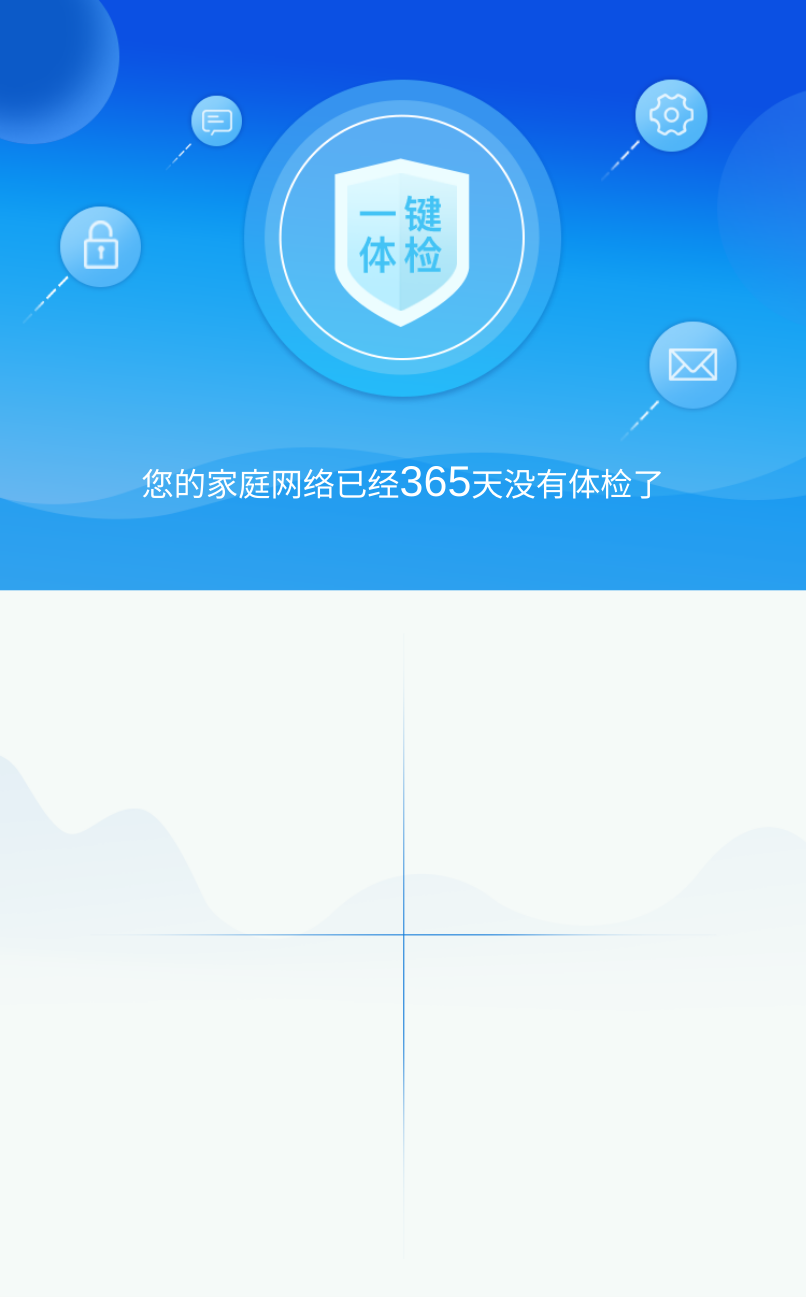
Repository: wangbiaozy/8.24
Page: index.html
The author's editor kept a copy of each file at every save. The page is drawn from the files as they stood at one save, then again after the next save.
The browser window is 1280 px wide. The pictures show the whole page, at 63% of full size.

Above is the page before, as saved 2018-08-21 10:14:53.

### index.html
<!DOCTYPE html>
<html lang="en">
<head>
    <meta charset="UTF-8">
    <meta name="viewport"
          content="width=device-width, user-scalable=no, initial-scale=1.0, maximum-scale=1.0, minimum-scale=1.0">
    <title>Title</title>
    <link rel="stylesheet" href="css/reset.min.css">
    <link rel="stylesheet/less" href="css/styles.less">
    <script src="js/less-1.7.0.min.js"></script>
</head>
<body>
    <header>
        <div class="before">
            <a id="beforeBtn" href="javascript:void(0)"></a>
            <p>您的家庭网络已经<span>365</span>天没有体检了</p>
        </div>
        <div class="check">
            <div class="circle">
                <div class="progress">
                    <span></span>
                </div>
            </div>
            <ul class="message move">
                <li>测量设备温度</li>
                <li>获取CPU占用率</li>
                <li>检查无线模块是否开启</li>
                <li>检查无线接入设备</li>
            </ul>
            <div class="date">
                <p>已用时间</p>
                <p id="timeText">00:00:10</p>
            </div>
        </div>
    </header>
    <section>
        <ul></ul>
    </section>
</body>
</html>
<script src="js/jquery-1.10.1.min.js"></script>
<script src="js/index.js"></script>

### css/reset.min.css
@charset "utf-8";
/*默认样式清除和初始化*/
body,h1,h2,h3,h4,h5,h6,hr,p,blockquote,dl,dt,dd,ul,ol,li,button,input,textarea,th,td{margin:0;padding:0}body{font-size:12px;font-style:normal;font-family:"\5FAE\8F6F\96C5\9ED1",Helvetica,sans-serif}small{font-size:12px}h1{font-size:18px}h2{font-size:16px}h3{font-size:14px}h4,h5,h6{font-size:100%}ul,ol{list-style:none}a{text-decoration:none;background-color:transparent}a:hover,a:active{outline-width:0;text-decoration:none}table{border-collapse:collapse;border-spacing:0}hr{border:0;height:1px}img{border-style:none}img:not([src]){display:none}svg:not(:root){overflow:hidden}html{-webkit-touch-callout:none;-webkit-text-size-adjust:100%}input,textarea,button,a{-webkit-tap-highlight-color:rgba(0,0,0,0)}article,aside,details,figcaption,figure,footer,header,main,menu,nav,section,summary{display:block}audio,canvas,progress,video{display:inline-block}audio:not([controls]),video:not([controls]){display:none;height:0}progress{vertical-align:baseline}mark{background-color:#ff0;color:#000}sub,sup{position:relative;font-size:75%;line-height:0;vertical-align:baseline}sub{bottom:-0.25em}sup{top:-0.5em}button,input,select,textarea{font-size:100%;outline:0}button,input{overflow:visible}button,select{text-transform:none}textarea{overflow:auto}button,html [type="button"],[type="reset"],[type="submit"]{-webkit-appearance:button}button::-moz-focus-inner,[type="button"]::-moz-focus-inner,[type="reset"]::-moz-focus-inner,[type="submit"]::-moz-focus-inner{border-style:none;padding:0}button:-moz-focusring,[type="button"]:-moz-focusring,[type="reset"]:-moz-focusring,[type="submit"]:-moz-focusring{outline:1px dotted ButtonText}[type="checkbox"],[type="radio"]{box-sizing:border-box;padding:0}[type="number"]::-webkit-inner-spin-button,[type="number"]::-webkit-outer-spin-button{height:auto}[type="search"]{-webkit-appearance:textfield;outline-offset:-2px}[type="search"]::-webkit-search-cancel-button,[type="search"]::-webkit-search-decoration{-webkit-appearance:none}::-webkit-input-placeholder{color:inherit;opacity:.54}::-webkit-file-upload-button{-webkit-appearance:button;font:inherit}.clear:after{display:block;height:0;content:"";clear:both}
*{ -webkit-tap-highlight-color: rgba(0,0,0,0);-webkit-tap-highlight-color: transparent; /* For some Androids */ }

### js/index.js
(function (doc, win) {
    var docEl = doc.documentElement,
        resizeEvt = 'orientationchange' in window ? 'orientationchange' : 'resize',
        recalc = function () {
            var clientWidth = docEl.clientWidth;
            if (!clientWidth) return;
            docEl.style.fontSize = 100 * (clientWidth / 750) + 'px';
        };
    if (!doc.addEventListener) return;
    win.addEventListener(resizeEvt, recalc, false);
    doc.addEventListener('DOMContentLoaded', recalc, false);
})(document, window);
$(function () {

    //一键体检
    $('#beforeBtn').on('click',function(){
        $('.before').hide();
        $('.check').show();
        $('.progress').circleProgress({
            value: 1,
            size: 130,
            startAngle: Math.PI/2,
            thickness: 14,
            animation: {duration:12000},//进度条完成时间（ms）
            fill: {
                gradient: ["#2868c6", "#6ed9f1"]
            },
            //circle-animation-start：	function(event)-event - jQ事件
            //circle-animation-progress：	function(event, animationProgress, stepValue)：-event - jQ事件 animationProgress - 从0.0到1.0stepValue - 当前的步长值，从0.0到value
            //circle-animation-end:	function(event)：-event - jQ事件
        }).on('circle-animation-progress', function (event, progress, stepValue) {
                $(this).find('span').html(parseInt(stepValue.toFixed(2) * 100) + '%');
        }).on('circle-animation-end',function(){
            $('.message').removeClass('move');
            stop();
            $('.check').hide();
            $('.result').show();
        });
        start();
        messageMove();
    });


    //检查项滚动
    var messageInnerText = '1111';
    function messageScroll(){
        $('.message').children('li:first-child').remove();
        $('.message').append('<li>'+messageInnerText+'</li>');
        if(!$('.message').hasClass('move')){
            window.clearInterval(timer);
        }
    }
    function messageMove(){
        timer = window.setInterval(messageScroll,500);
    }


    //检测时间
    var hour,minute,second;
    hour=minute=second=0;
    var millisecond=0;
    var int;
    function start(){
        int=setInterval(times,50);
    }
    function times(){
        millisecond=millisecond+50;
        if(millisecond>=1000){
            millisecond=0;
            second=second+1;
        }
        if(second>=60){
            second=0;
            minute=minute+1;
        }

        if(minute>=60){
            minute=0;
            hour=hour+1;
        }
      $('#timeText').text((hour<10?"0"+hour:hour)+':'+(minute<10?"0"+minute:minute)+':'+(second<10?"0"+second:second));
    }
    function stop(){
        window.clearInterval(int);
    }


    //查看详细清单下拉
    $('.arrow').on('click',function(){
        var $this = $(this),
            $listBox = $(this).siblings('div');
        $listBox.slideToggle("normal",function(){
            if($listBox.css('display') === 'block'){
                $this.addClass('act');
                $this.siblings('p').css('opacity','0');
            }else{
                $this.removeClass('act');
                $this.siblings('p').css('opacity','1');
            }
        });
    });



    //网关重启 WIFI开关 LED指示灯开关 查看黑名单
    $('#controlBox').on('click','a',function(){
        var $this = $(this);
        if($this.hasClass('off')){
            $this.removeClass('off');
        }else{
            $this.addClass('off');
        }
    });

    $('#look_blacklist').on('click',function(){
        var $blacklist = $('.blacklist');
        $blacklist.slideToggle('normal',function(){
            if($(this).css('display') === 'block'){
                $('#look_blacklist').addClass('act');
                $('.arrow_m').addClass('act');
            }else{
                $('#look_blacklist').removeClass('act');
                $('.arrow_m').removeClass('act');
            }
        });
    });
});

Loaded but not shown: js/less-1.7.0.min.js (library); js/jquery-1.10.1.min.js (library)

After the next save:
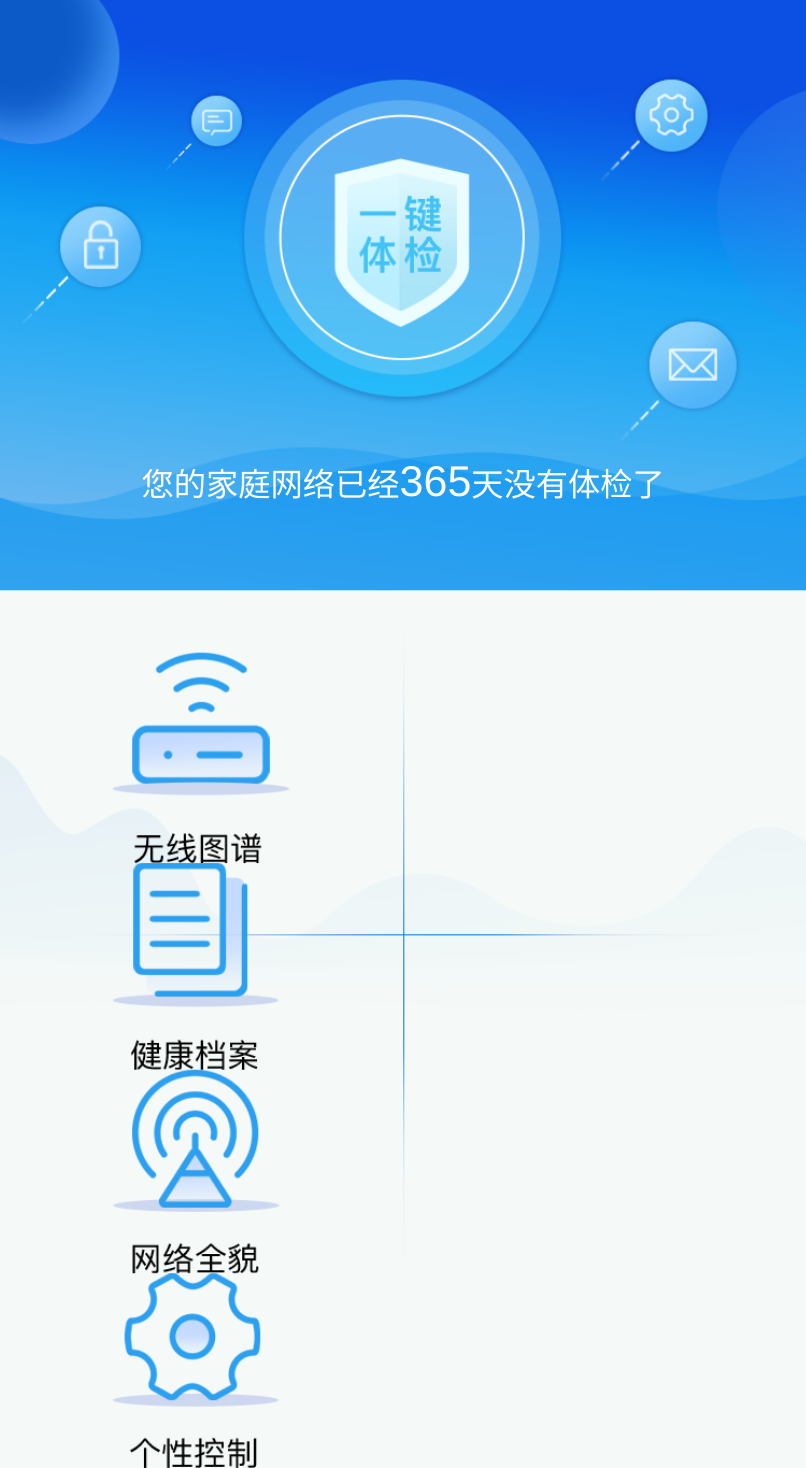
Saved 39 s later.
--- a/index.html
+++ b/index.html
@@ -34,7 +34,20 @@
         </div>
     </header>
     <section>
-        <ul></ul>
+        <ul>
+            <li>
+                <a href=""></a>
+            </li>
+            <li>
+                <a href=""></a>
+            </li>
+            <li>
+                <a href=""></a>
+            </li>
+            <li>
+                <a href=""></a>
+            </li>
+        </ul>
     </section>
 </body>
 </html>
